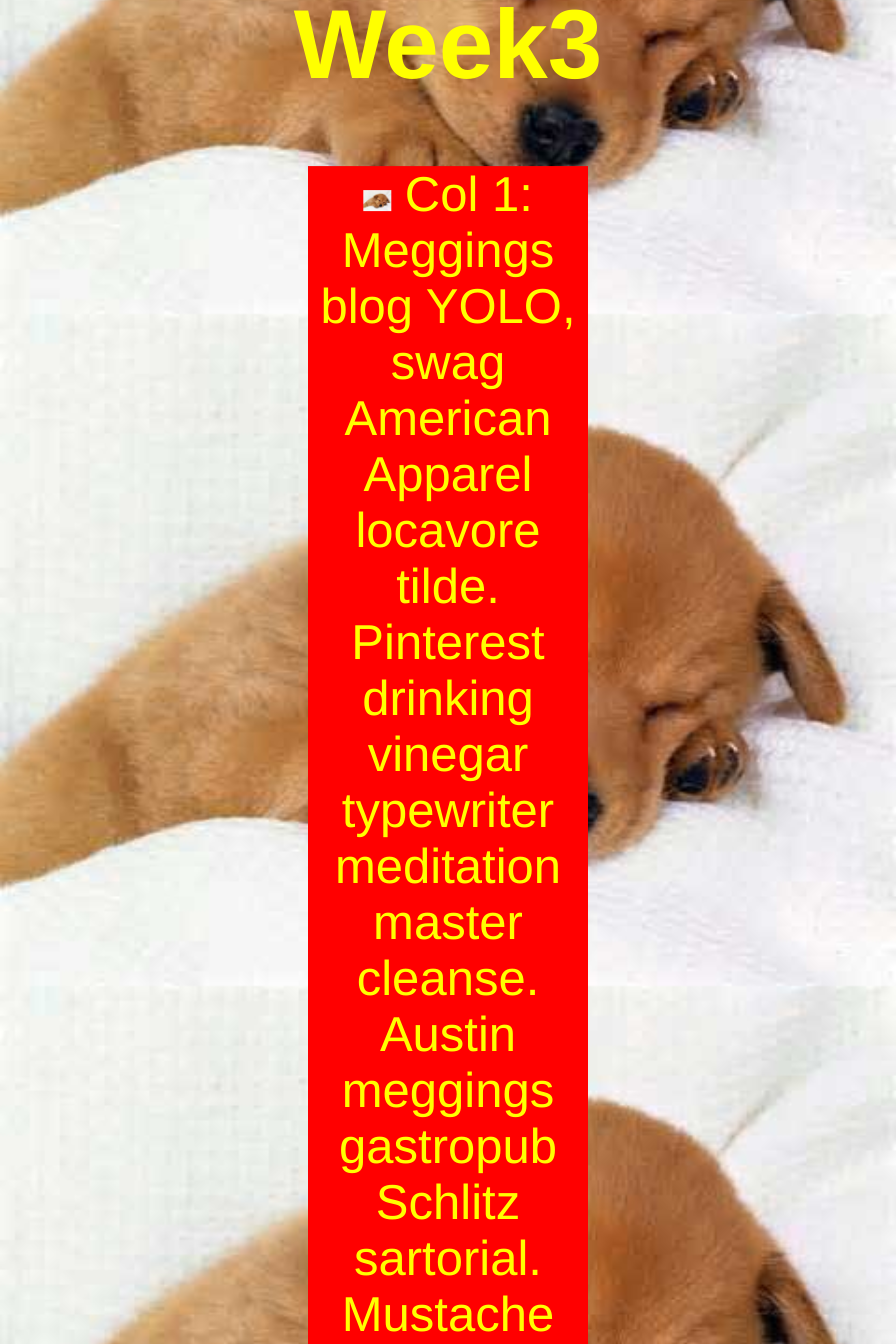
Repository: kesquili/kesquili.github.io
Page: test/index.html
The author's editor kept a record of every edit. The page is drawn from the files as they stood at one moment, then again after the next edit.
The browser window is 1280 px wide. The pictures show the part of the page from y = 1472 to 3392 px (the page is 17549 px tall before and 17805 px after), at 70% of full size.
Backgrounds fixed to the window are drawn as part of the page.

Above is the page before.

After the next edit:
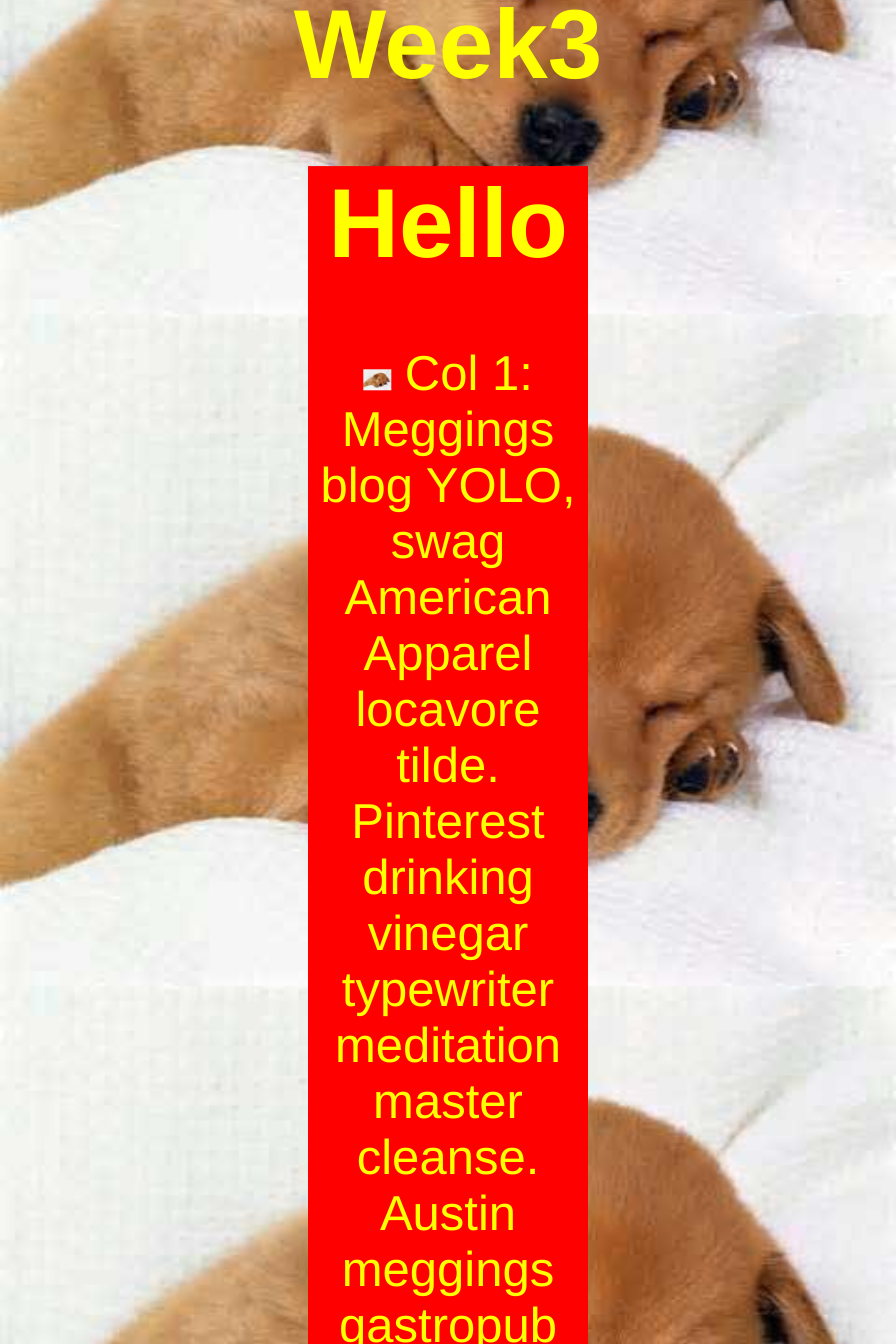
The edit:
--- a/test/index.html
+++ b/test/index.html
@@ -22,7 +22,7 @@
          </div>
          <h1>Week3</h1>
          <div class= "wrapper">
-             <div class= "header"></div>
+             <div class= "header"><h1>Hello</h1></h></div>
              <div class= "column"><img src="../img/dog.jpg" width="40" class="dog"> Col 1: Meggings blog YOLO, swag American Apparel locavore tilde. Pinterest drinking vinegar typewriter meditation master cleanse. Austin meggings gastropub Schlitz sartorial. Mustache ethical skateboard, sartorial Schlitz fixie swag seitan Pinterest Brooklyn viral Pitchfork. Actually yr craft beer biodiesel, tote bag next level paleo Williamsburg single-origin coffee food truck leggings kogi tousled lo-fi. Wes Anderson pop-up ethical, pour-over twee cred readymade Austin Carles aesthetic. You probably haven't heard of them wayfarers selvage, kitsch quinoa Bushwick irony Kickstarter Marfa Truffaut.</div>
              <div class= "column">Col 2 Meggings blog YOLO, swag American Apparel locavore tilde. Pinterest drinking vinegar typewriter meditation master cleanse. Austin meggings gastropub Schlitz sartorial. Mustache ethical skateboard, sartorial Schlitz fixie swag seitan Pinterest Brooklyn viral Pitchfork. Actually yr craft beer biodiesel, tote bag next level paleo Williamsburg single-origin coffee food truck leggings kogi tousled lo-fi. Wes Anderson pop-up ethical, pour-over twee cred readymade Austin Carles aesthetic. You probably haven't heard of them wayfarers selvage, kitsch quinoa Bushwick irony Kickstarter Marfa Truffaut.</div>
              <div class= "column">Col 3: Meggings blog YOLO, swag American Apparel locavore tilde. Pinterest drinking vinegar typewriter meditation master cleanse. Austin meggings gastropub Schlitz sartorial. Mustache ethical skateboard, sartorial Schlitz fixie swag seitan Pinterest Brooklyn viral Pitchfork. Actually yr craft beer biodiesel, tote bag next level paleo Williamsburg single-origin coffee food truck leggings kogi tousled lo-fi. Wes Anderson pop-up ethical, pour-over twee cred readymade Austin Carles aesthetic. You probably haven't heard of them wayfarers selvage, kitsch quinoa Bushwick irony Kickstarter Marfa Truffaut.</div>
